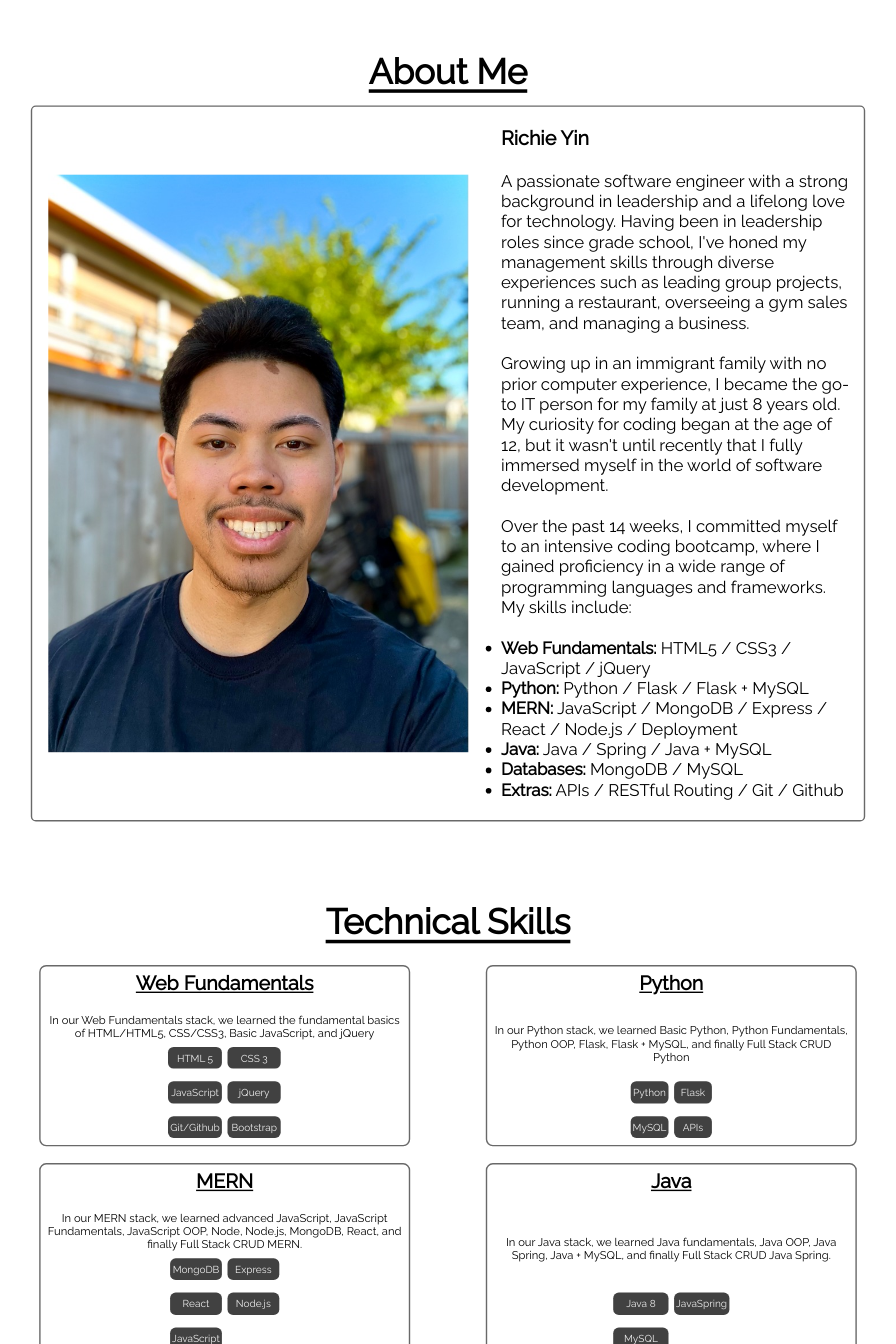
Repository: RICHIE-YIN/Personal-Portfolio
Page: index.html
These files come from the project's save history. The page is drawn as it stood at one moment and after the next save; the edit follows.
The browser window is 1280 px wide. The pictures show the part of the page from y = 761 to 2681 px (the page is 3787 px tall before and 3816 px after), at 70% of full size.
Some web fonts or font styles are not loaded; a fallback is used.

Above is the page before, as saved 2023-06-12 16:33:28.
Console error: ReferenceError: $ is not defined

After the next save:
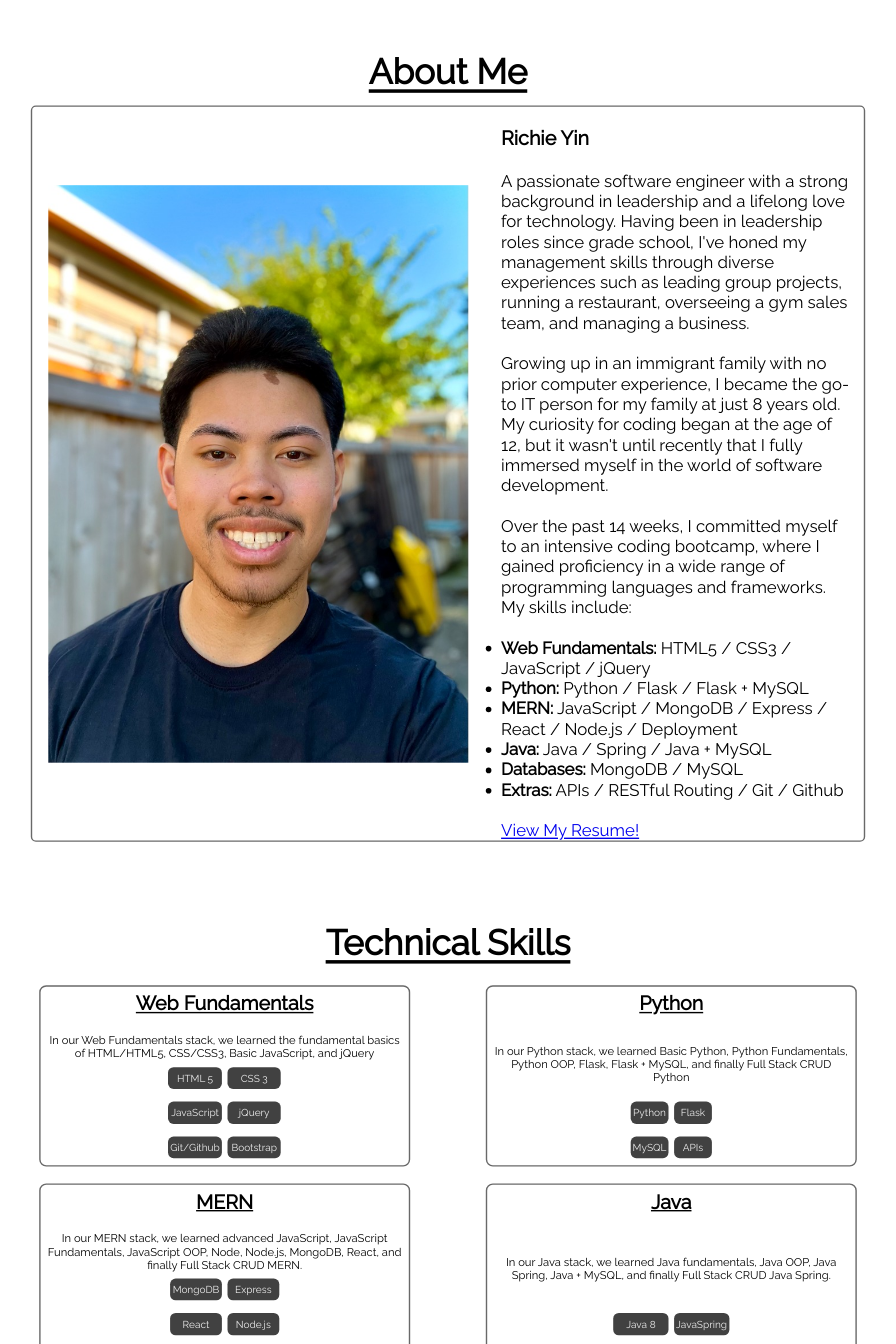
Saved 2 min 57 s later.
--- a/index.html
+++ b/index.html
@@ -60,6 +60,8 @@
                         <li><strong>Extras:</strong> APIs / RESTful Routing / Git / Github</li>
                     </ul>
                     <br>
+                    <a href="https://docs.google.com/document/d/1qb6DIM2U-Qcg0YsSM7015CJVzUlQM7WXHSe1P5fYUa4/edit?usp=sharing">View My Resume!</a>
+                    <br>
                 </div>
             </div>
         </div>
